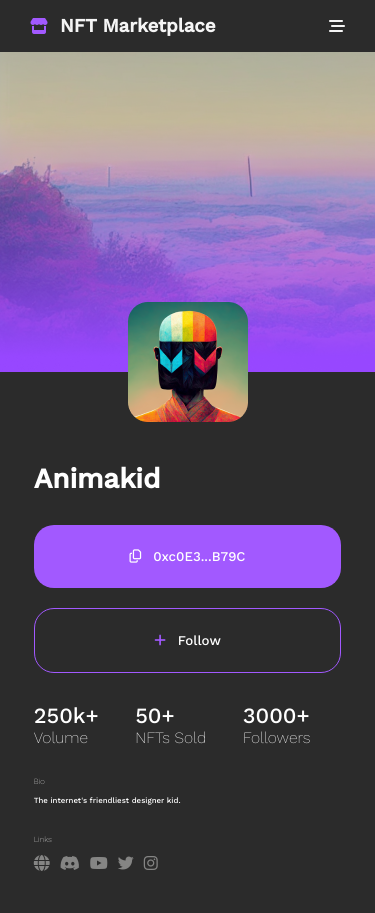
Repository: levananh202ht/NFT_Marketplace
Page: index.html
These files come from the project's save history. The page is drawn as it stood at one moment and after the next save; the edit follows.
The browser window is 375 px wide. The pictures show the whole page.

Above is the page before, as saved 2023-12-10 00:17:52.

### index.html
<!DOCTYPE html>
<html lang="en">
<head>
    <meta charset="UTF-8">
    <meta name="viewport" content="width=device-width, initial-scale=1.0">
    <link rel="stylesheet" href="index.css">
    <link rel="stylesheet" href="responsive.css">
    <link rel="stylesheet" href="https://cdnjs.cloudflare.com/ajax/libs/font-awesome/6.5.1/css/all.min.css" integrity="sha512-DTOQO9RWCH3ppGqcWaEA1BIZOC6xxalwEsw9c2QQeAIftl+Vegovlnee1c9QX4TctnWMn13TZye+giMm8e2LwA==" crossorigin="anonymous" referrerpolicy="no-referrer" />
    <title>Document</title>
</head>
<body>
    <div class="nft_container">
        <!-- header -->
        <div class="nft_header">

            <div class="nft_header-left">
                <i class="fa-solid fa-store"></i>
                <h3>NFT Marketplace</h3>
            </div>

            <ul class="nft_header-right">
                <li class="nft_header-right-item">Marketplace</li>
                <li class="nft_header-right-item">Rankings</li>
                <li class="nft_header-right-item">Connect a wallet</li>
                <li class="nft_header-right-item">
                    <div>
                        <i class="fa-regular fa-user"></i>
                        <p>Sign Up</p>
                    </div>
                </li>
            </ul>

            <i class="icon-bar-responsive fa-solid fa-bars-staggered"></i>

        </div>
        <!-- profileImage -->
        <div class="nft_profileImage">
            <img src="./assets/images/Avatar Placeholder.png" alt="">
        </div>
        <!-- userInfo -->
        <div class="nft_userInfo">

            <div class="nft_userInfo-top">

                <h2>Animakid</h2>
                <div class="nft_userInfo-top-button">
                    <button>
                        <i class="fa-regular fa-copy"></i>
                        <p>0xc0E3...B79C</p>
                    </button>
                    <button>
                        <i class="fa-solid fa-plus"></i>
                        <p>Follow</p>
                    </button>
                </div>

            </div>

            <div class="nft_userInfo-bottom">

                <div class="nft_userInfo-bottom-param">

                    <div>
                        <p class="param">250k+</p>
                        <p class="text">Volume</p>
                    </div>

                    <div>
                        <p class="param">50+</p>
                        <p class="text">NFTs Sold</p>
                    </div>

                    <div>
                        <p class="param">3000+</p>
                        <p class="text">Followers</p>
                    </div>

                </div>

                <div class="nft_userInfo-bottom-bio">

                    <h5>Bio</h5>
                    <p>The internet's friendliest designer kid.</p>

                </div>

                <div class="nft_userInfo-bottom-links">

                    <h5>Links</h5>
                    <ul>
                        <li>
                            <a href="">
                                <i class="fa-solid fa-globe"></i>
                            </a>
                        </li>
                        <li>
                            <a href="https://discord.com/">
                                <i class="fa-brands fa-discord"></i>
                            </a>
                        </li>
                        <li>
                            <a href="https://www.youtube.com/">
                                <i class="fa-brands fa-youtube"></i>
                            </a>
                        </li>
                        <li>
                            <a href="https://twitter.com/">
                                <i class="fa-brands fa-twitter"></i>
                            </a>
                        </li>
                        <li>
                            <a href="https://www.instagram.com/">
                                <i class="fa-brands fa-instagram"></i>
                            </a>
                        </li>
                    </ul>

                </div>

            </div>

        </div>

        <div class="nft_tab"></div>

        <div class="nft_cardSection"></div>

        <div class="footer"></div>

    </div>
</body>
</html>

### index.css
@import url('https://fonts.googleapis.com/css2?family=Work+Sans:ital,wght@0,200;0,500;1,200;1,500&display=swap');

* {
    margin: 0;
    padding: 0;
    box-sizing: border-box;
    font-family: 'Work Sans', sans-serif;
}
.nft_container {
    background: #2B2B2B;
}
    /* CSS header */
.nft_header {
    background: #2B2B2B;
    display: flex;
    justify-content: space-between;
    color: #F5F5F5;
    padding: 20px 50px;
}

.nft_header .nft_header-left {
    display: flex;
    align-items: center;
}
.nft_header .nft_header-left i {
    color: #A259FF;
}
.nft_header .nft_header-left h3 {
    margin-left: 12px;
}

.nft_header .nft_header-right {
    display: flex;
    list-style:  none;
    align-items: center;

}

.nft_header .nft_header-right .nft_header-right-item {
    margin-left: 20px;
    font-size: 16px;
}

.nft_header .nft_header-right .nft_header-right-item:last-child div {
    padding: 24px 30px;
    display: flex;
    border-radius: 20px;
    background: #A259FF;
}

.nft_header .nft_header-right .nft_header-right-item:last-child div i {
    font-size: 20px;
}

.nft_header .nft_header-right .nft_header-right-item:last-child div p {
    margin-left: 12px;
    font-size: 16px;
}
.nft_header .icon-bar-responsive {
    display: none;
}
    /* CSS profileImage */
.nft_profileImage {
    width: 100%;
    height: 320px;
    background-image: url("./assets/images/Image PlaceHolder.png");
    position: relative;

}

.nft_profileImage img {
    left: 9%;
    position: absolute;
    bottom: -50px;
}
    /* CSS userInfo */
.nft_userInfo {
    margin-top: 50px;
    padding: 40px 9%;
    background: #2B2B2B;
    color: #fff;
}
.nft_userInfo .nft_userInfo-top{
    display: flex;
    justify-content: space-between;
    margin-bottom: 30px;
}
.nft_userInfo .nft_userInfo-top h2 {
    font-size:3.3vw;
    color: white;
}
.nft_userInfo .nft_userInfo-top .nft_userInfo-top-button {
    display: flex;
}
.nft_userInfo .nft_userInfo-top .nft_userInfo-top-button button:nth-child(1) {
    background: #A259FF;
    color: white;
    padding: 24px 50px;
    display: flex;
    border: none;
    border-radius: 20px;
    align-items: center;
}
.nft_userInfo .nft_userInfo-top .nft_userInfo-top-button button:nth-child(1) i {
    margin-right: 12px;
}
.nft_userInfo .nft_userInfo-top .nft_userInfo-top-button button:nth-child(2) {
    margin-left: 20px;
    display: flex;
    align-items: center;
    background: #2B2B2B;
    color: white;
    border: 1px solid #A259FF;
    border-radius: 20px;
    padding: 24px 30px;
}
.nft_userInfo .nft_userInfo-top .nft_userInfo-top-button button:nth-child(2) i {
    margin-right: 12px;
    color: #A259FF;
}

.nft_userInfo .nft_userInfo-bottom {

}
.nft_userInfo .nft_userInfo-bottom .nft_userInfo-bottom-param {
    display: flex;
    justify-content: space-between;
    width: 40%;
}
.nft_userInfo .nft_userInfo-bottom .nft_userInfo-bottom-param div p.param {
    font-size: 1.8vw;
}
.nft_userInfo .nft_userInfo-bottom .nft_userInfo-bottom-param div p.text {
    font-size: 1.4vw;
    font-weight: 300;
}
.nft_userInfo .nft_userInfo-bottom .nft_userInfo-bottom-bio {
    margin-top: 30px;
    margin-bottom: 30px;
}
.nft_userInfo .nft_userInfo-bottom .nft_userInfo-bottom-bio h5 {
    font-size: 1.4vw;
    font-weight: 300;
    margin-bottom: 10px;
}
.nft_userInfo .nft_userInfo-bottom .nft_userInfo-bottom-bio p {
    font-size: 1.4vw;
}
.nft_userInfo .nft_userInfo-bottom .nft_userInfo-bottom-links h5 {
    font-size: 1.4vw;
    font-weight: 300;
    margin-bottom: 10px;
}
.nft_userInfo .nft_userInfo-bottom .nft_userInfo-bottom-links ul {
    display: flex;
    list-style: none;
}
.nft_userInfo .nft_userInfo-bottom .nft_userInfo-bottom-links ul li a {
    margin-right: 10px;
    color: #858584;
}

### responsive.css
@media screen and (max-width: 768px) {
    /* header */
    .nft_header{
        align-items: center;
    }

    .nft_header .nft_header-right {
        display: none;
    }
    .nft_header .icon-bar-responsive{
        display: block;
    }
    /* userInfo */
    .nft_userInfo .nft_userInfo-top{
        flex-direction: column;
    }
    .nft_userInfo .nft_userInfo-top h2 {
        margin-bottom: 30px;
        font-size: 5vw;
    }
    .nft_userInfo .nft_userInfo-bottom .nft_userInfo-bottom-param  {
        width: 62%;
    }
    .nft_userInfo .nft_userInfo-bottom .nft_userInfo-bottom-param div p.param {
        font-size: 2.85vw;
    }
    .nft_userInfo .nft_userInfo-bottom .nft_userInfo-bottom-param div p.text {
        font-size: 2.2vw;
    }
    .nft_userInfo .nft_userInfo-bottom .nft_userInfo-bottom-bio h5 {
        font-size: 2.1vw;
    }
    .nft_userInfo .nft_userInfo-bottom .nft_userInfo-bottom-bio p {
        font-size: 2.1vw;
    }
    .nft_userInfo .nft_userInfo-bottom .nft_userInfo-bottom-links h5 {
        font-size: 2.1vw;
    }
}
@media screen and (max-width: 418px) {
    /* header */
    .nft_header{
        padding: 15px 30px;
    }
    /* profileImage */
    .nft_profileImage img{
        left: 34%;
    }
    /* userInfo */
    .nft_userInfo .nft_userInfo-top h2 {
        font-size: 7.4vw;
    }
    .nft_userInfo .nft_userInfo-top .nft_userInfo-top-button{
        flex-direction: column;
    }
    .nft_userInfo .nft_userInfo-bottom .nft_userInfo-bottom-param {
        width: 90%;
    }
    .nft_userInfo .nft_userInfo-bottom .nft_userInfo-bottom-param div p.param {
        font-size: 5.8vw;
    }
    .nft_userInfo .nft_userInfo-bottom .nft_userInfo-bottom-param div p.text {
        font-size: 4.2vw;
    }
    .nft_userInfo .nft_userInfo-top .nft_userInfo-top-button button:nth-child(2) {
        margin-left: 0;
        margin-top: 20px;
    }
    .nft_userInfo .nft_userInfo-top .nft_userInfo-top-button button:nth-child(1),
    .nft_userInfo .nft_userInfo-top .nft_userInfo-top-button button:nth-child(2){
        justify-content: center;
    }
}

After the next save:
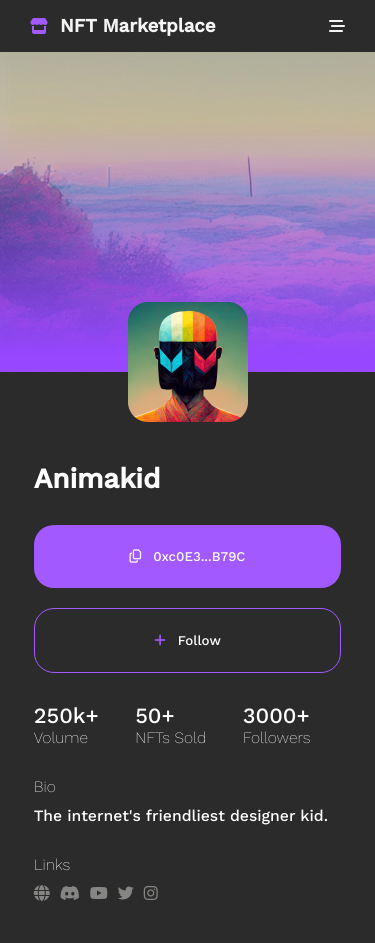
Saved 58 s later.
--- a/responsive.css
+++ b/responsive.css
@@ -62,6 +62,15 @@
     .nft_userInfo .nft_userInfo-bottom .nft_userInfo-bottom-param div p.text {
         font-size: 4.2vw;
     }
+    .nft_userInfo .nft_userInfo-bottom .nft_userInfo-bottom-bio h5 {
+        font-size: 4.2vw;
+    }
+    .nft_userInfo .nft_userInfo-bottom .nft_userInfo-bottom-bio p {
+        font-size: 4.2vw;
+    }
+    .nft_userInfo .nft_userInfo-bottom .nft_userInfo-bottom-links h5 {
+        font-size: 4.2vw;
+    }
     .nft_userInfo .nft_userInfo-top .nft_userInfo-top-button button:nth-child(2) {
         margin-left: 0;
         margin-top: 20px;
